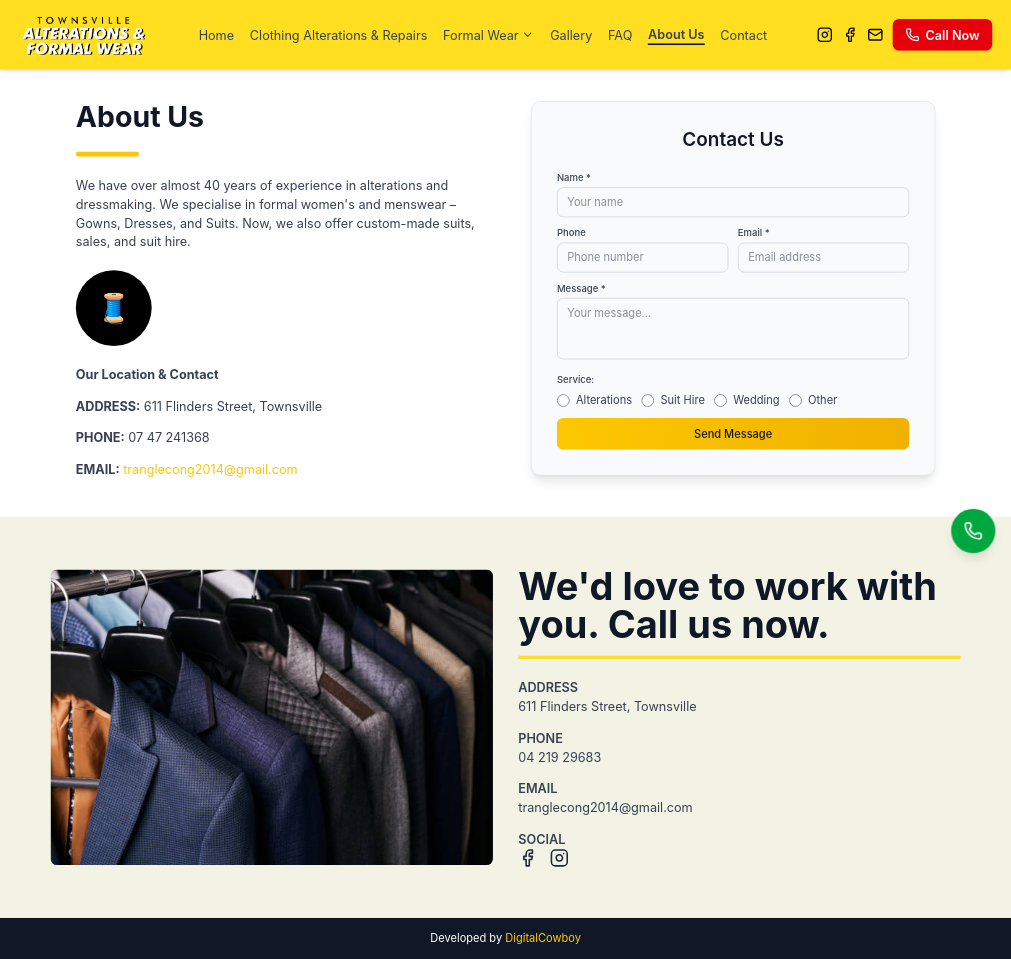
Repository: tarekhasan1/townsville-alteration
Page: /about-us
These files come from the project's save history. The page is drawn as it stood at one moment and after the next save; the edit follows.
The browser window is 1280 px wide. The pictures show the whole page, at 79% of full size.
The page's requests for data from a server got no answer. The project was rebuilt for these pictures with package versions that can differ from the ones it lists, and the page was loaded fresh each time. The framework's server and built-in components were replaced by stand-ins that run in the browser. No one was signed in, and anything a server would have sent is missing. Also part of the build but not shown: next.config.ts.

Above is the page before, as saved 2026-01-31 15:57:45.

### src/app/layout.tsx
import type { Metadata } from "next";
import Script from "next/script";
import "./globals.css";
import LayoutShell from "@/components/LayoutShell";
import FloatingCallButton from "@/components/FloatingCallButton";
import AnalyticsTracker from "@/components/AnalyticsTracker";

export const metadata: Metadata = {
  title: "Townsville Alterations and Formal Wear | Tailoring, Suit Hire, Alterations",
  description:
    "Townsville Alterations and Formal Wear - Reinvent Your Wardrobe. Hire or tailor-make outfits that turn heads. Expert suit hire, bridal alterations, and tailoring in Townsville.",
  keywords:
    "Townsville Tailoring, Formal Wear Townsville, Suit Hire, Alterations, Wedding Dress Alterations, Custom Tailoring",
  authors: [{ name: "Townsville Alterations & Formal Wear" }],
  creator: "Townsville Alterations & Formal Wear",
  publisher: "Townsville Alterations & Formal Wear",
  robots: "index, follow",
  icons: "/logo.png",
};

export default function RootLayout({
  children,
}: {
  children: React.ReactNode;
}) {
  return (
    <html lang="en">
      <head>
        {/* Google Tag Manager */}
        <Script
          id="gtm-script"
          strategy="afterInteractive"
          dangerouslySetInnerHTML={{
            __html: `
              (function(w,d,s,l,i){w[l]=w[l]||[];
              w[l].push({'gtm.start': new Date().getTime(),event:'gtm.js'});
              var f=d.getElementsByTagName(s)[0],
              j=d.createElement(s),dl=l!='dataLayer'?'&l='+l:'';
              j.async=true;j.src=
              'https://www.googletagmanager.com/gtm.js?id='+i+dl;
              f.parentNode.insertBefore(j,f);
              })(window,document,'script','dataLayer','GTM-WH7KD8GK');
            `,
          }}
        />
        {/* End Google Tag Manager */}
      </head>

      <body>
        {/* Google Tag Manager (noscript) */}
        <noscript>
          <iframe
            src="https://www.googletagmanager.com/ns.html?id=GTM-WH7KD8GK"
            height="0"
            width="0"
            style={{ display: "none", visibility: "hidden" }}
          />
        </noscript>
        {/* End Google Tag Manager (noscript) */}
        <AnalyticsTracker />

        <LayoutShell>{children}</LayoutShell>

        {/* Global Floating Call Button */}
        <FloatingCallButton />
      </body>
    </html>
  );
}

### src/app/about-us/page.tsx
import AboutUsSection from '@/components/AboutUsSection';
import React from 'react';

const page = () => {
    return (
        <div className='pt-[80px]'>
            <AboutUsSection/>
        </div>
    );
};

export default page;

### src/app/globals.css
@import "tailwindcss";

:root {
  --background: #ffffff;
  --foreground: #171717;
}

body {
  font-family: 'Inter', sans-serif;
  margin: 0;
  padding: 0;
}

### src/components/LayoutShell.tsx
// components/LayoutShell.tsx
'use client';

import { usePathname } from 'next/navigation';
import Navbar from '@/components/Navbar';
import ContactSection from '@/components/ContactSection';
import DevelopedBy from '@/components/DevelopedBy';

export default function LayoutShell({ children }: { children: React.ReactNode }) {
  const pathname = usePathname();
  const isAdminRoute = pathname.startsWith('/admin');

  return (
    <>
      {!isAdminRoute && <Navbar />}
      {children}
      {!isAdminRoute && (
        <>
          <ContactSection />
          <DevelopedBy />
        </>
      )}
    </>
  );
}

### src/components/FloatingCallButton.tsx
'use client';

import { Phone } from 'lucide-react';

export default function FloatingCallButton() {
  return (
    <a
      href="tel:0421929683" // <-- replace with real number
      aria-label="Call us now"
      className="
        fixed
        bottom-5
        right-5
        z-50
        flex
        items-center
        justify-center
        w-14
        h-14
        rounded-full
        bg-green-600
        text-white
        shadow-lg
        hover:bg-green-700
        active:scale-95
        transition
      "
    >
      <Phone className="w-6 h-6" />
    </a>
  );
}

### src/components/AnalyticsTracker.tsx
/* eslint-disable @typescript-eslint/no-explicit-any */
"use client";

import { usePathname } from "next/navigation";
import { useEffect } from "react";

declare global {
  interface Window {
    dataLayer: any[];
  }
}

export default function AnalyticsTracker() {
  const pathname = usePathname();

  useEffect(() => {
    if (typeof window === "undefined") return;
    if (!window.dataLayer) return;

    window.dataLayer.push({
      event: "pageview",
      page_path: pathname,
    });
  }, [pathname]);

  return null;
}

### src/components/AboutUsSection.tsx
/* eslint-disable react/no-unescaped-entities */
'use client';

import ContactForm from '@/components/ContactForm'; // Import the form

export default function AboutUsSection() {
    return (
        <section className="bg-white py-12 px-6 md:px-12 lg:px-24 text-gray-800">
            <div className="max-w-7xl mx-auto">
                <div className="flex flex-col lg:flex-row gap-10 lg:gap-16 items-start">
                    {/* Left Column - About Us Content */}
                    <div className="lg:w-1/2">
                        <div className="text-center lg:text-left">
                            <h2 className="text-3xl md:text-4xl font-bold text-gray-900 mb-4">About Us</h2>
                            <hr className="w-20 border-yellow-400 border-[3px] lg:mx-0 my-6 rounded-full mx-auto" />
                            <p className="text-gray-700 mb-6">
                                We have over almost 40 years of experience in alterations and dressmaking. We specialise in formal
                                women's and menswear – Gowns, Dresses, and Suits. Now, we also offer custom-made suits, sales, and suit hire.
                            </p>

                            <div className="flex lg:justify-start justify-center mb-6">
                                <div className="w-24 h-24 bg-black rounded-full flex items-center justify-center">
                                    <span className="text-white text-4xl">🧵</span>
                                </div>
                            </div>

                            <div className="text-gray-700 space-y-4">
                                <h3 className="font-bold">Our Location & Contact</h3>
                                <p><strong>ADDRESS:</strong> 611 Flinders Street, Townsville</p>
                                <p><strong>PHONE:</strong> 07 47 241368</p>
                                <a href='mailto:tranglecong2014@gmail.com' className="block hover:text-yellow-600 transition-colors">
                                    <strong>EMAIL:</strong> <span className="text-yellow-400">tranglecong2014@gmail.com</span>
                                </a>
                            </div>
                        </div>
                    </div>

                    {/* Right Column - Contact Form */}
                    <div className="lg:w-1/2 flex items-center justify-center w-full">
                        <div className="bg-gray-50 p-6 md:p-8 rounded-xl shadow-lg border border-gray-200">
                            <ContactForm />
                        </div>
                    </div>
                </div>
            </div>
        </section>
    );
}

### src/components/ContactSection.tsx
'use client';

import Image from 'next/image';
import { Facebook, Instagram } from 'lucide-react';

export default function ContactSection() {
  return (
    <footer
      id="contact"
      aria-labelledby="contact-us"
      className="bg-[#f2f2e5] p-8 md:p-12 lg:p-16"
    >
      <div className="mx-auto grid grid-cols-1 md:grid-cols-2 gap-8 items-center">
        <div className="w-full h-auto relative">
          <Image
            src="/tailored-suit.jpg"
            alt="Tailored suits on hangers"
            width={600}
            height={400}
            className="rounded-lg"
            priority
          />
        </div>
        <div className="space-y-6 text-center md:text-left">
          <h2
            id="contact-us"
            className="text-4xl md:text-5xl font-bold text-gray-900 mb-4"
          >
            We&apos;d love to work with you. Call us now.
          </h2>
          <hr className="border-yellow-300 border-[2px]" />
          <div className="space-y-4 text-gray-700">
            <div>
              <h3 className="font-semibold">ADDRESS</h3>
              <p>611 Flinders Street, Townsville</p>
            </div>
            <div>
              <h3 className="font-semibold">PHONE</h3>
              <p>04 219 29683</p>
            </div>
            <div>
              <h3 className="font-semibold">EMAIL</h3>
              <p>
                <a
                  href="mailto:tranglecong2014@gmail.com"
                  className="hover:text-gray-600"
                  aria-label="Email us at sales@tsvalterationsandformalwear.com"
                >
                  tranglecong2014@gmail.com
                </a>
              </p>
            </div>
            <div>
              <h3 className="font-semibold">SOCIAL</h3>
              <div className="flex justify-center md:justify-start space-x-4 text-xl">
                <a
                  target="_blank"
                  href="https://www.facebook.com/DressmakingAlterationsTownsville"
                  aria-label="Facebook - Townsville Alterations and Formal Wear"
                  className="text-gray-800 hover:text-gray-600"
                >
                  <Facebook size={24} />
                </a>
                <a
                  target="_blank"
                  href="https://www.instagram.com/tsvalterationformal?igsh=bXJkaXp3eXN4Yml2"
                  aria-label="Instagram - Townsville Alterations and Formal Wear"
                  className="text-gray-800 hover:text-gray-600"
                >
                  <Instagram size={24} />
                </a>
              </div>
            </div>
          </div>
        </div>
      </div>
    </footer>
  );
}

### src/components/DevelopedBy.tsx
// components/DevelopedBy.js

import React from 'react';

const DevelopedBy = () => {
  return (
    <footer className="bg-gray-900 text-white text-center py-4">
      <p className="text-sm">
        Developed by{' '}
        <a
          href="https://digitalcowboy.com.au"
          className="text-yellow-400 hover:underline"
          target="_blank"
          rel="noopener noreferrer"
        >
          DigitalCowboy
        </a>
      </p>
    </footer>
  );
};

export default DevelopedBy;

### actions/contact.action.ts
/* eslint-disable @typescript-eslint/no-explicit-any */
/* eslint-disable @typescript-eslint/no-unused-vars */
// lib/contact.actions.ts
'use client';

import {
  collection,
  addDoc,
  getDocs,
  query,
  orderBy,
  where,
  Timestamp,
  updateDoc,
  doc,
  deleteDoc,
  DocumentData,
  QuerySnapshot,
  QueryDocumentSnapshot
} from "firebase/firestore";
import { db } from "@/firebase/config";

export interface ContactMessage {
  id?: string;
  name: string;
  email: string;
  phone: string;
  message: string;
  service?: string;
  status: 'new' | 'responded' | 'archived';
  createdAt: Date;
  respondedAt?: Date;
  adminNotes?: string;
  adminResponder?: string;
}

export interface SubmitContactFormData {
  name: string;
  email: string;
  phone: string;
  message: string;
  service?: string;
}

export interface SubmitResult {
  success: boolean;
  messageId?: string;
  error?: string;
}

export interface FetchMessagesResult {
  messages: ContactMessage[];
  total: number;
}

export interface UpdateMessageData {
  status?: 'new' | 'responded' | 'archived';
  adminNotes?: string;
  adminResponder?: string;
}

// Submit contact form data to database
export const submitContactForm = async (data: SubmitContactFormData): Promise<SubmitResult> => {
  try {
    const messagesRef = collection(db, 'messages');

    const messageData = {
      name: data.name.trim(),
      email: data.email.trim(),
      phone: data.phone?.trim() || '',
      message: data.message.trim(),
      service: data.service?.toLowerCase() || '',
      status: 'new' as const,
      createdAt: Timestamp.now(),
      respondedAt: null,
      adminNotes: '',
      adminResponder: ''
    };

    const docRef = await addDoc(messagesRef, messageData);

    return {
      success: true,
      messageId: docRef.id
    };
  } catch (error) {
    console.error('Error submitting contact form:', error);
    return {
      success: false,
      error: error instanceof Error ? error.message : 'Failed to submit form'
    };
  }
};

// Fetch all messages with optional filtering and sorting
export const fetchMessages = async (
  status?: ContactMessage['status'],
  limit?: number,
  sortBy: 'createdAt' | 'name' = 'createdAt',
  sortOrder: 'asc' | 'desc' = 'desc'
): Promise<FetchMessagesResult> => {
  try {
    const messagesRef = collection(db, 'messages');
    let q = query(messagesRef, orderBy(sortBy, sortOrder));

    if (status) {
      q = query(messagesRef, where('status', '==', status), orderBy(sortBy, sortOrder));
    }

    const snapshot = await getDocs(q);
    let messages = snapshot.docs.map(doc => {
      const data = doc.data();
      return {
        id: doc.id,
        name: data.name,
        email: data.email,
        phone: data.phone,
        message: data.message,
        service: data.service,
        status: data.status,
        createdAt: data.createdAt?.toDate() || new Date(),
        respondedAt: data.respondedAt?.toDate(),
        adminNotes: data.adminNotes,
        adminResponder: data.adminResponder
      };
    });

    if (limit) {
      messages = messages.slice(0, limit);
    }

    return {
      messages,
      total: snapshot.size
    };
  } catch (error) {
    console.error('Error fetching messages:', error);
    throw new Error('Failed to fetch messages');
  }
};

// Fetch a single message by ID
export const fetchMessageById = async (id: string): Promise<ContactMessage | null> => {
  try {
    const messagesRef = collection(db, 'messages');
    const q = query(messagesRef, where('__name__', '==', id));
    const snapshot = await getDocs(q);

    if (snapshot.empty) {
      return null;
    }

    const doc = snapshot.docs[0];
    const data = doc.data();

    return {
      id: doc.id,
      name: data.name,
      email: data.email,
      phone: data.phone,
      message: data.message,
      service: data.service,
      status: data.status,
      createdAt: data.createdAt?.toDate() || new Date(),
      respondedAt: data.respondedAt?.toDate(),
      adminNotes: data.adminNotes,
      adminResponder: data.adminResponder
    };
  } catch (error) {
    console.error('Error fetching message:', error);
    throw new Error('Failed to fetch message');
  }
};

// Update message (admin response)
export const updateMessage = async (
  messageId: string,
  updateData: UpdateMessageData
): Promise<boolean> => {
  try {
    const messageRef = doc(db, 'messages', messageId);

    const updateObject: any = {};

    if (updateData.status) {
      updateObject.status = updateData.status;
      if (updateData.status === 'responded') {
        updateObject.respondedAt = Timestamp.now();
      }
    }

    if (updateData.adminNotes !== undefined) {
      updateObject.adminNotes = updateData.adminNotes;
    }

    if (updateData.adminResponder !== undefined) {
      updateObject.adminResponder = updateData.adminResponder;
    }

    await updateDoc(messageRef, updateObject);
    return true;
  } catch (error) {
    console.error('Error updating message:', error);
    throw new Error('Failed to update message');
  }
};

// Mark message as responded
export const markAsResponded = async (
  messageId: string,
  adminName: string,
  adminNotes?: string
): Promise<boolean> => {
  try {
    const messageRef = doc(db, 'messages', messageId);

    await updateDoc(messageRef, {
      status: 'responded',
      respondedAt: Timestamp.now(),
      adminResponder: adminName,
      adminNotes: adminNotes || ''
    });

    return true;
  } catch (error) {
    console.error('Error marking message as responded:', error);
    throw new Error('Failed to mark message as responded');
  }
};

// Delete message
export const deleteMessage = async (messageId: string): Promise<boolean> => {
  try {
    const messageRef = doc(db, 'messages', messageId);
    await deleteDoc(messageRef);
    return true;
  } catch (error) {
    console.error('Error deleting message:', error);
    throw new Error('Failed to delete message');
  }
};

// Archive message
export const archiveMessage = async (messageId: string): Promise<boolean> => {
  try {
    return await updateMessage(messageId, { status: 'archived' });
  } catch (error) {
    console.error('Error archiving message:', error);
    throw new Error('Failed to archive message');
  }
};

// Get message statistics
export const getMessageStats = async (): Promise<{
  total: number;
  new: number;
  responded: number;
  archived: number;
}> => {
  try {
    const messagesRef = collection(db, 'messages');
    const snapshot = await getDocs(messagesRef);

    const stats = {
      total: 0,
      new: 0,
      responded: 0,
      archived: 0
    };

    snapshot.forEach(doc => {
      const data = doc.data();
      stats.total++;

      switch (data.status) {
        case 'new':
          stats.new++;
          break;
        case 'responded':
          stats.responded++;
          break;
        case 'archived':
          stats.archived++;
          break;
      }
    });

    return stats;
  } catch (error) {
    console.error('Error fetching message stats:', error);
    throw new Error('Failed to fetch message statistics');
  }
};

// Search messages by name or email
export const searchMessages = async (searchTerm: string): Promise<ContactMessage[]> => {
  try {
    // Note: Firestore doesn't support OR queries directly with different fields
    // We'll fetch all and filter client-side for small datasets
    // For larger datasets, consider using a search index like Algolia

    const messagesRef = collection(db, 'messages');
    const snapshot = await getDocs(messagesRef);

    const searchLower = searchTerm.toLowerCase();

    const messages = snapshot.docs
      .map(doc => {
        const data = doc.data();
        return {
          id: doc.id,
          name: data.name,
          email: data.email,
          phone: data.phone,
          message: data.message,
          service: data.service,
          status: data.status,
          createdAt: data.createdAt?.toDate() || new Date(),
          respondedAt: data.respondedAt?.toDate(),
          adminNotes: data.adminNotes,
          adminResponder: data.adminResponder
        };
      })
      .filter(message =>
        message.name.toLowerCase().includes(searchLower) ||
        message.email.toLowerCase().includes(searchLower) ||
        message.message.toLowerCase().includes(searchLower)
      );

    return messages;
  } catch (error) {
    console.error('Error searching messages:', error);
    throw new Error('Failed to search messages');
  }
};

### src/firebase/config.ts
// Import the functions you need from the SDKs you need
import { initializeApp } from "firebase/app";
import { getFirestore } from 'firebase/firestore';
import { getStorage } from 'firebase/storage';
// TODO: Add SDKs for Firebase products that you want to use
// https://firebase.google.com/docs/web/setup#available-libraries

// Your web app's Firebase configuration
const firebaseConfig = {
  apiKey: process.env.NEXT_PUBLIC_FIREBASE_API_KEY,
  authDomain: process.env.NEXT_PUBLIC_FIREBASE_AUTH_DOMAIN,
  projectId: process.env.NEXT_PUBLIC_FIREBASE_PROJECT_ID,
  storageBucket: process.env.NEXT_PUBLIC_FIREBASE_STORAGE_BUCKET,
  messagingSenderId: process.env.NEXT_PUBLIC_FIREBASE_MESSAGING_SENDER_ID,
  appId: process.env.NEXT_PUBLIC_FIREBASE_APP_ID
};

// Initialize Firebase
const app = initializeApp(firebaseConfig);
export const db = getFirestore(app);
export const storage = getStorage(app);

Loaded but not shown: src/components/ContactForm.tsx (255 lines, source omitted); src/components/Navbar.tsx (201 lines, source omitted)

After the next save:
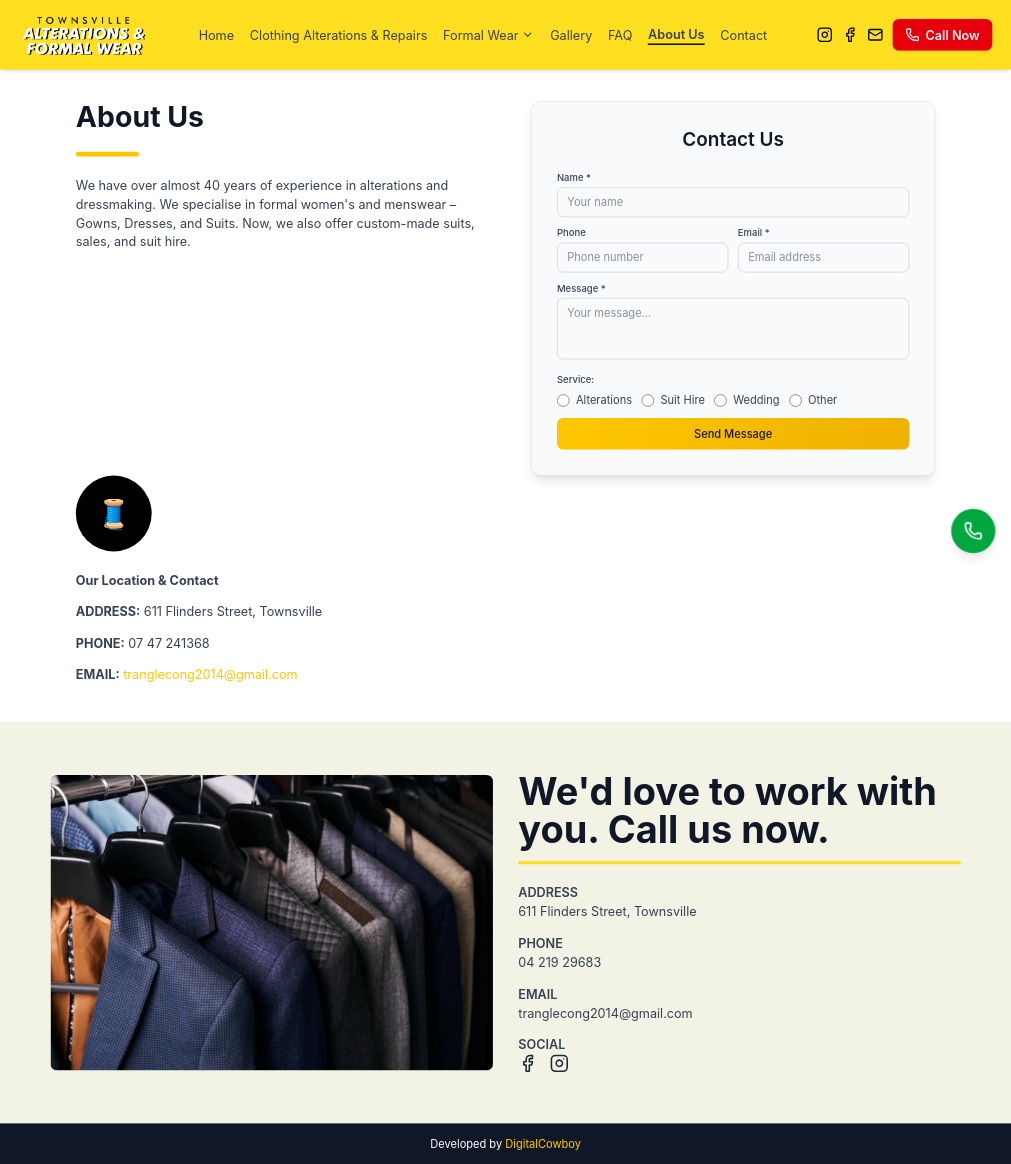
Saved 41 s later.
--- a/src/components/AboutUsSection.tsx
+++ b/src/components/AboutUsSection.tsx
@@ -17,8 +17,18 @@ export default function AboutUsSection() {
                                 We have over almost 40 years of experience in alterations and dressmaking. We specialise in formal
                                 women's and menswear – Gowns, Dresses, and Suits. Now, we also offer custom-made suits, sales, and suit hire.
                             </p>
+                        </div>
+                    </div>
 
-                            <div className="flex lg:justify-start justify-center mb-6">
+                    {/* Right Column - Contact Form */}
+                    <div className="lg:w-1/2 flex items-center justify-center w-full">
+                        <div className="bg-gray-50 p-6 md:p-8 rounded-xl shadow-lg border border-gray-200">
+                            <ContactForm />
+                        </div>
+                    </div>
+                </div>
+                <div>
+                    <div className="flex lg:justify-start justify-center mb-6">
                                 <div className="w-24 h-24 bg-black rounded-full flex items-center justify-center">
                                     <span className="text-white text-4xl">🧵</span>
                                 </div>
@@ -32,15 +42,6 @@ export default function AboutUsSection() {
                                     <strong>EMAIL:</strong> <span className="text-yellow-400">tranglecong2014@gmail.com</span>
                                 </a>
                             </div>
-                        </div>
-                    </div>
-
-                    {/* Right Column - Contact Form */}
-                    <div className="lg:w-1/2 flex items-center justify-center w-full">
-                        <div className="bg-gray-50 p-6 md:p-8 rounded-xl shadow-lg border border-gray-200">
-                            <ContactForm />
-                        </div>
-                    </div>
                 </div>
             </div>
         </section>
